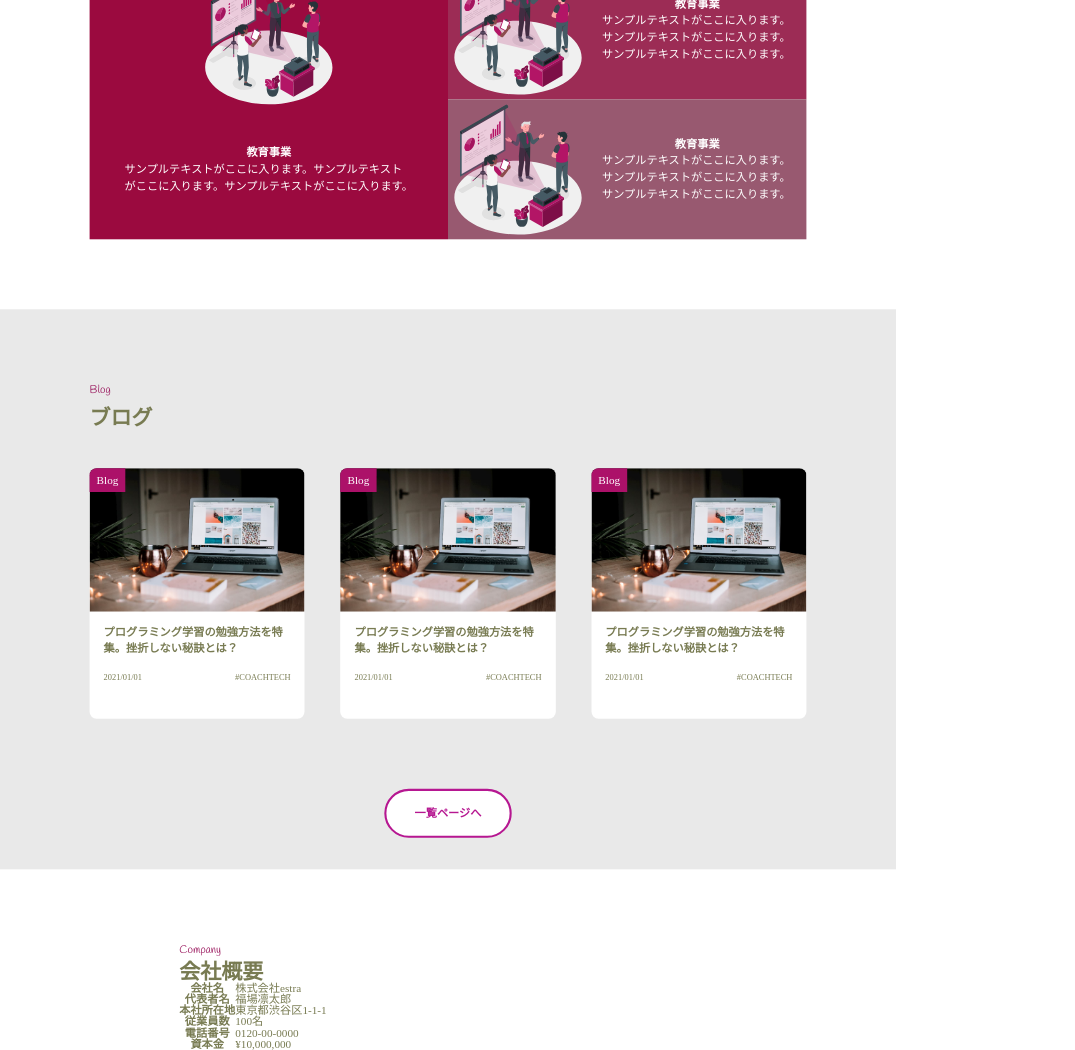
Repository: masanarimiura/20220504miura
Page: index.html
The author's editor kept a copy of each file at every save. The page is drawn from the files as they stood at one save, then again after a run of saves.
The browser window is 1280 px wide. The page is 1536 px wide, so the pictures cover 1536 px, including what lies to the right of the window. The pictures show the part of the page from y = 1977 to 3577 px (the page is 3477 px tall before and 3577 px after), at 70% of full size.
Some web fonts or font styles are not loaded; a fallback is used.

Above is the page before, as saved 2022-05-05 00:53:30.

After the next 2 saves:
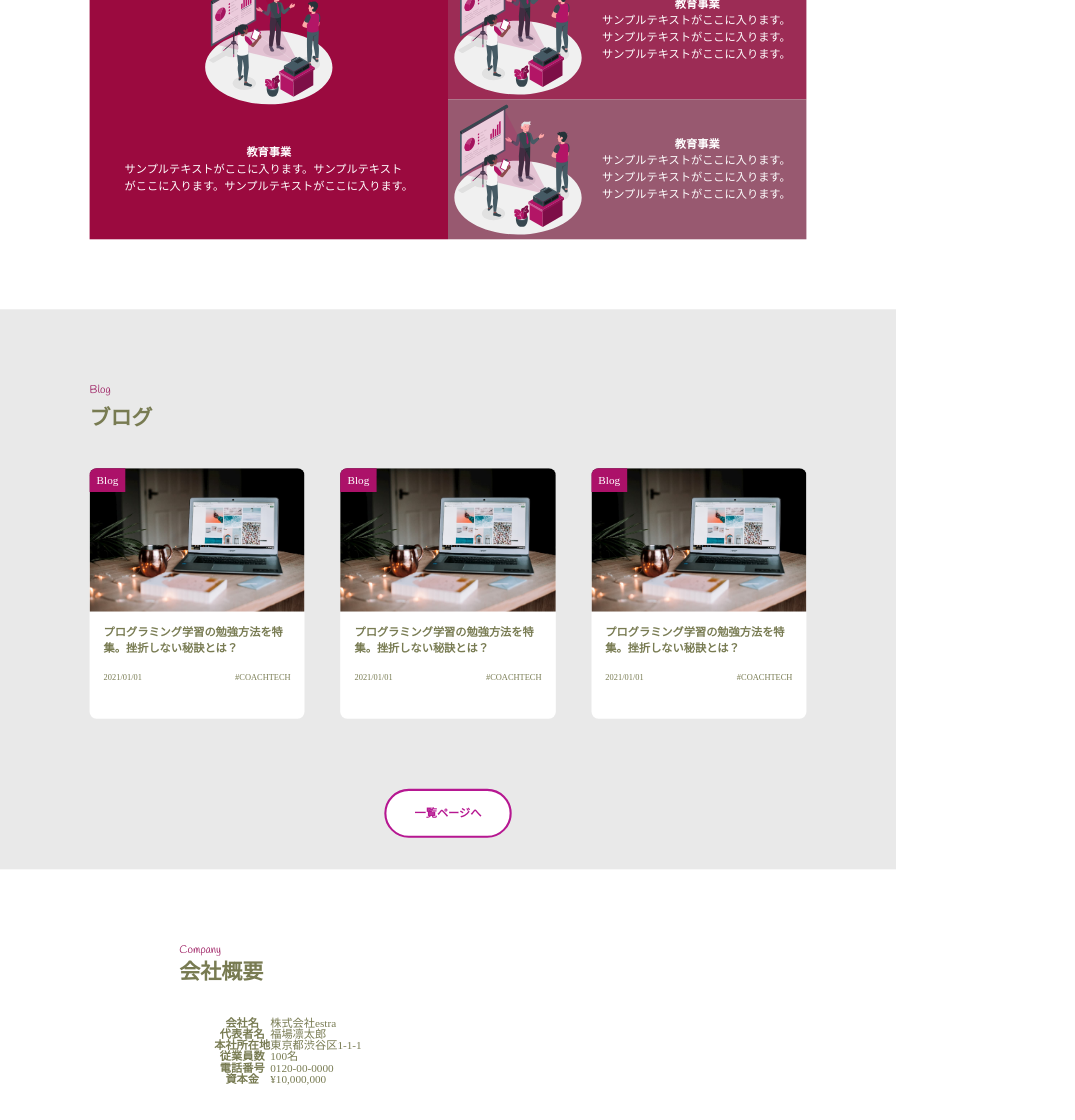
The 2 saves are shown as one change because they came seconds apart.
The last was saved 7 s later.
--- a/css/style.css
+++ b/css/style.css
@@ -270,5 +270,5 @@
   font-weight: bold;
 }
 .company-table {
-  m
-}
+  margin: 50px;
+}

After the save that followed:
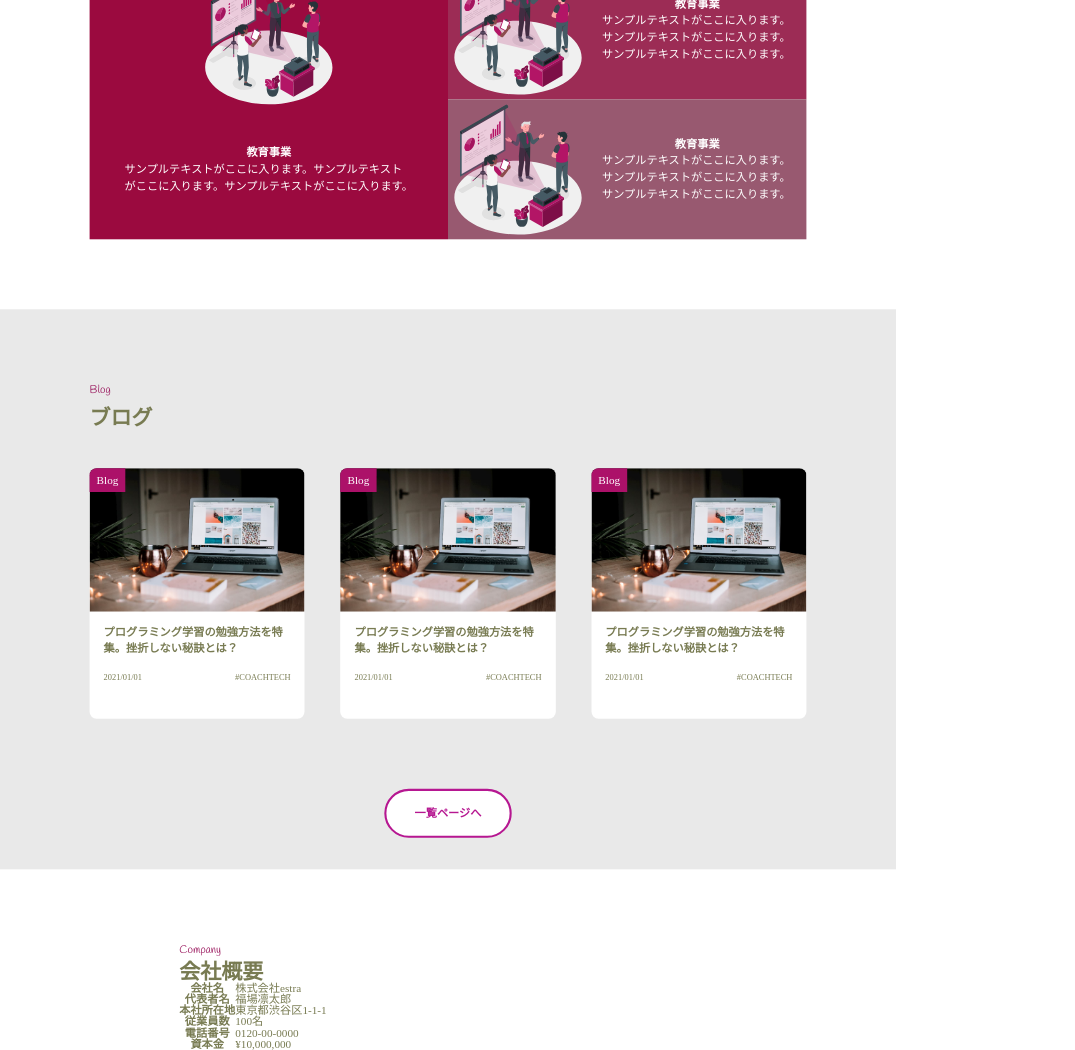
Saved 18 s later.
--- a/css/style.css
+++ b/css/style.css
@@ -270,5 +270,5 @@
   font-weight: bold;
 }
 .company-table {
-  margin: 50px;
-}
+  margin: ３0px;
+}
